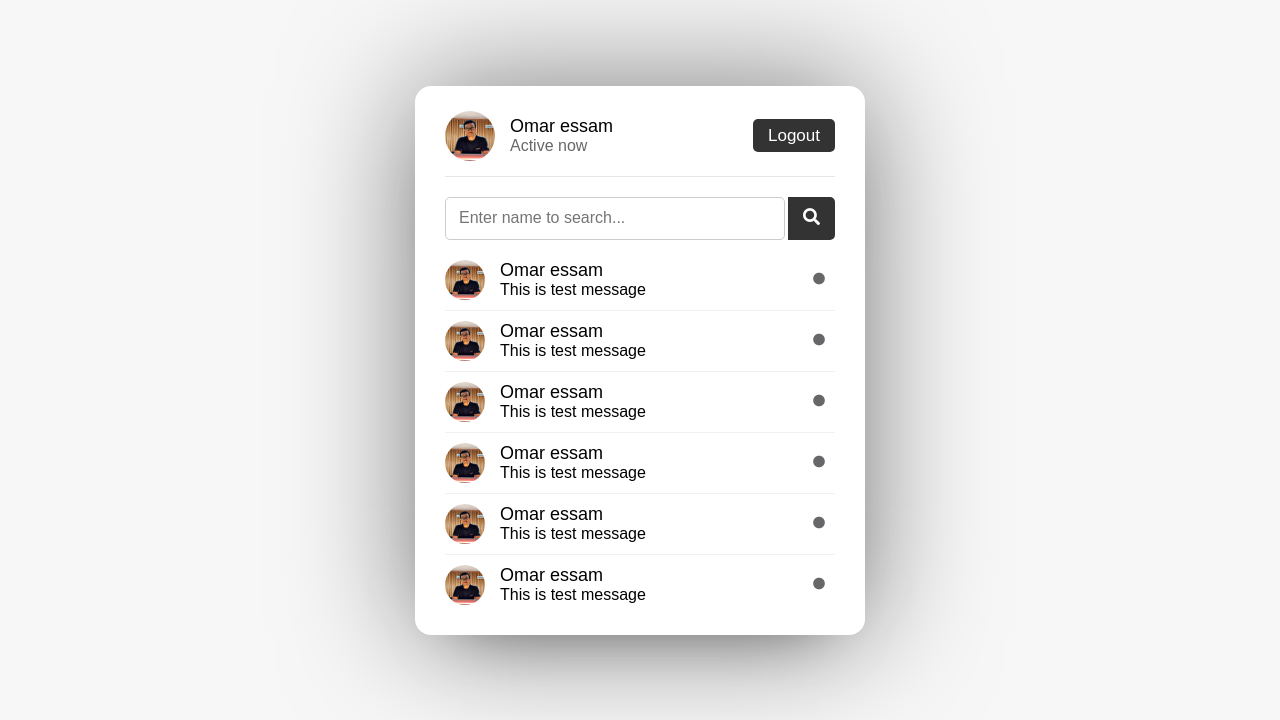
Repository: OmarEssameldinMousa/Chat-Application
Page: chat.html
The author's editor kept a copy of each file at every save. The page is drawn from the files as they stood at one save, then again after the next save.
The browser window is 1280 px wide. The pictures show the whole page.

Above is the page before, as saved 2023-09-22 16:06:54.

### chat.html
<!DOCTYPE html>
<html lang="en">

<head>
    <meta charset="UTF-8">
    <meta name="viewport" content="width=device-width, initial-scale=1.0">
    <title>Realtime Chat App</title>
    <link rel="stylesheet" href="css/normalize.css">
    <link rel="stylesheet" href="css/all.min.css">
    <link rel="stylesheet" href="css/style.css">
</head>

<body>
    <div class="wrapper">
        <section class="users">
            <header>
                <div class="content">
                    <img src="images/124374760.jpg" alt="">
                    <div class="details">
                        <span>Omar essam</span>
                        <p>Active now</p>
                    </div>
                </div>
                <a href="" class="Logout">Logout</a>
            </header>
            <div class="search">
                <span class="text">Select an user to start Chat</span>
                <input type="text" placeholder="Enter name to search...">
                <button><i class="fas fa-search"></i></button>
            </div>
            <div class="users-list">
                <a href="">
                    <div class="content">
                        <img src="images/124374760.jpg" alt="">
                        <div class="details">
                            <span>Omar essam</span>
                            <p>This is test message</p>
                        </div>
                    </div>
                    <div class="status-dot"><i class="fas fa-circle"></i></div>
                </a>

                <a href="">
                    <div class="content">
                        <img src="images/124374760.jpg" alt="">
                        <div class="details">
                            <span>Omar essam</span>
                            <p>This is test message</p>
                        </div>
                    </div>
                    <div class="status-dot"><i class="fas fa-circle"></i></div>
                </a>

                <a href="">
                    <div class="content">
                        <img src="images/124374760.jpg" alt="">
                        <div class="details">
                            <span>Omar essam</span>
                            <p>This is test message</p>
                        </div>
                    </div>
                    <div class="status-dot"><i class="fas fa-circle"></i></div>
                </a>

                <a href="">
                    <div class="content">
                        <img src="images/124374760.jpg" alt="">
                        <div class="details">
                            <span>Omar essam</span>
                            <p>This is test message</p>
                        </div>
                    </div>
                    <div class="status-dot"><i class="fas fa-circle"></i></div>
                </a>

                <a href="">
                    <div class="content">
                        <img src="images/124374760.jpg" alt="">
                        <div class="details">
                            <span>Omar essam</span>
                            <p>This is test message</p>
                        </div>
                    </div>
                    <div class="status-dot"><i class="fas fa-circle"></i></div>
                </a>

                <a href="">
                    <div class="content">
                        <img src="images/124374760.jpg" alt="">
                        <div class="details">
                            <span>Omar essam</span>
                            <p>This is test message</p>
                        </div>
                    </div>
                    <div class="status-dot"><i class="fas fa-circle"></i></div>
                </a>

                <a href="">
                    <div class="content">
                        <img src="images/124374760.jpg" alt="">
                        <div class="details">
                            <span>Omar essam</span>
                            <p>This is test message</p>
                        </div>
                    </div>
                    <div class="status-dot"><i class="fas fa-circle"></i></div>
                </a>

                <a href="">
                    <div class="content">
                        <img src="images/124374760.jpg" alt="">
                        <div class="details">
                            <span>Omar essam</span>
                            <p>This is test message</p>
                        </div>
                    </div>
                    <div class="status-dot"><i class="fas fa-circle"></i></div>
                </a>

            </div>
        </section>
    </div>
</body>

</html>

### css/style.css
* {
    margin: 0;
    padding: 0;
    box-sizing: border-box;
    text-decoration: none;
    font-family: 'Poppins', sans-serif;
}


body {
    display: flex;
    align-items: center;
    justify-content: center;
    min-height: 100vh;
    background: #f7f7f7;
}

.wrapper {
    background: #fff;
    width: 450px;
    border-radius: 16px;
    box-shadow: 0 0 128px 0 rgba(0, 0, 0, 0.5), 0 32px 64px -48px rgba(0, 0, 0, 0.5);
}

/* Signup Form*/
.form {
    padding: 25px 30px;
}

.form header {
    font-size: 25px;
    font-weight: 600;
    padding-bottom: 10px;
    border-bottom: 1px solid #e6e6e6;
}

.form form {
    margin: 20px 0;
}

.form form .error-txt {
    color: #721c24;
    background: #f8d7da;
    padding: 8px 10px;
    text-align: center;
    border-radius: 5px;
    margin-bottom: 10px;
    border: 1px solid #f5c6cb
}

.form form .name-details {
    display: flex;
}

form .name-details .field:first-child {
    margin-right: 10px;
}

form .name-details .field:last-child {
    margin-left: 10px;
}

.form form .field {
    display: flex;
    flex-direction: column;
    margin-bottom: 10px;
    position: relative;
}

.form form .field label {
    margin-bottom: 2px;
}


.form form .input input {
    outline: none;
}


.form form .input input {
    height: 40px;
    width: 100%;
    font-size: 16px;
    padding: 0 10px;
    border: 1px solid #ccc;
    border-radius: 5px;
}

.form form .image input {
    font-size: 17px;
}

.form form .button input {
    margin-top: 13px;
    height: 45px;
    border: none;
    font-size: 17px;
    font-weight: 500px;
    background: #333;
    color: #fff;
    border-radius: 5px;
    cursor: pointer;
}

.form form .field i {
    position: absolute;
    right: 15px;
    top: 70%;
    transform: translateY(-50%);
    cursor: pointer;
    color: #ccc;
}

.form .link {
    text-align: cetner;
    margin: 10px 0;
    font-size: 17px;
}

.form .link a {
    color: #333;
}

.form .link a:hover {
    text-decoration: underline;
}

.users {
    padding: 25px 30px;
}

.users header,
.users-list a {
    display: flex;
    align-items: center;
    justify-content: center;
    justify-content: space-between;
    border-bottom: 1px solid #e6e6e6;
    padding-bottom: 15px;

}

.wrapper img {
    object-fit: cover;
    border-radius: 50%;
}

:is(.users, .users-list) .content {
    display: flex;
    align-items: center;
}

.users header .content img {
    height: 50px;
    width: 50px;
}


:is(.users, .users-list) .details {
    color: #000;
    margin-left: 15px;
}

:is(.users, .users-list) .details span {
    font-size: 18px;
    font-weight: 500px;
}

.users header .Logout {
    color: #fff;
    padding: 7px 15px;
    background: #333;
    border-radius: 5px;
    font-size: 17px;
}

.users .search {
    margin: 20px 0;
    display: flex;
    justify-content: space-between;
    align-items: center;
    position: relative;
}

.users .search .text {
    font-size: 18px;
}

.users .search input {
    position: absolute;
    height: 43px;
    width: calc(100% - 50px);
    border: 1px solid #ccc;
    padding: 0 13px;
    font-size: 16px;
    border-radius: 5px;
    outline: none;
}

.users .search button {
    width: 47px;
    height: 43px;
    border: none;
    outline: none;
    color: #fff;
    background-color: #333;
    border-radius: 0 5px 5px 0;
    cursor: pointer;
    font-size: 17px;
}

.users-list {
    max-height: 350px;
    overflow-y: auto;
}

.users-list::-webkit-scrollbar {
    width: 0px;
}


.users-list a {
    padding-right: 10px;
    padding-bottom: 10px;
    margin-bottom: 10px;
    border-bottom-color: #f1f1f1;
}

.users-list a:last-child {
    border: none;
    margin-bottom: 0px;
}

.users-list a .content img {
    height: 40px;
    width: 40px;
}


.users header .content p {
    color: #67676a;
}

.users-list a .status-dot {
    font-size: 12px;
    color: #67676a;
}

/* to use the online status */
.users-list a .status-dot.offline {
    font-size: 12px;
    color: #468669;
}

Loaded but not shown: css/normalize.css (library); css/all.min.css (library)

After the next save:
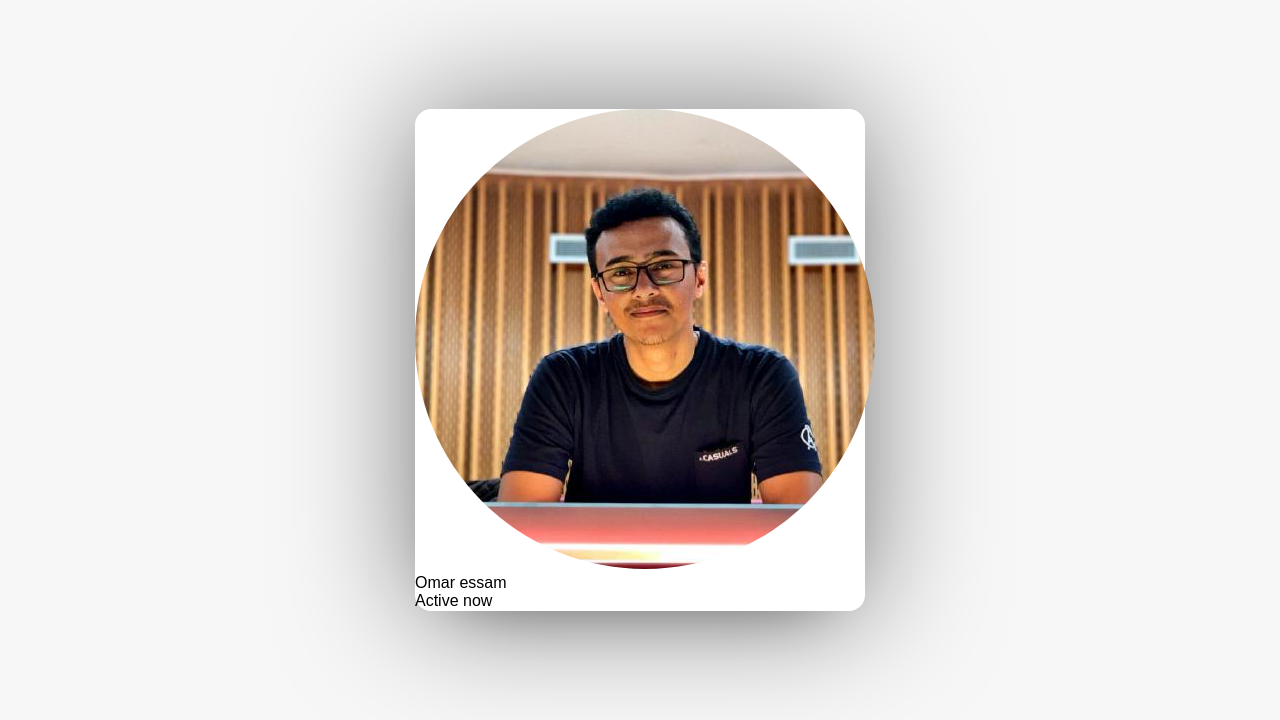
Saved 2 h 59 min later.
--- a/chat.html
+++ b/chat.html
@@ -12,112 +12,15 @@
 
 <body>
     <div class="wrapper">
-        <section class="users">
+        <section class="chat-area   ">
             <header>
-                <div class="content">
-                    <img src="images/124374760.jpg" alt="">
-                    <div class="details">
-                        <span>Omar essam</span>
-                        <p>Active now</p>
-                    </div>
+                <img src="images/124374760.jpg" alt="">
+                <div class="details">
+                    <span>Omar essam</span>
+                    <p>Active now</p>
                 </div>
-                <a href="" class="Logout">Logout</a>
             </header>
-            <div class="search">
-                <span class="text">Select an user to start Chat</span>
-                <input type="text" placeholder="Enter name to search...">
-                <button><i class="fas fa-search"></i></button>
-            </div>
-            <div class="users-list">
-                <a href="">
-                    <div class="content">
-                        <img src="images/124374760.jpg" alt="">
-                        <div class="details">
-                            <span>Omar essam</span>
-                            <p>This is test message</p>
-                        </div>
-                    </div>
-                    <div class="status-dot"><i class="fas fa-circle"></i></div>
-                </a>
 
-                <a href="">
-                    <div class="content">
-                        <img src="images/124374760.jpg" alt="">
-                        <div class="details">
-                            <span>Omar essam</span>
-                            <p>This is test message</p>
-                        </div>
-                    </div>
-                    <div class="status-dot"><i class="fas fa-circle"></i></div>
-                </a>
-
-                <a href="">
-                    <div class="content">
-                        <img src="images/124374760.jpg" alt="">
-                        <div class="details">
-                            <span>Omar essam</span>
-                            <p>This is test message</p>
-                        </div>
-                    </div>
-                    <div class="status-dot"><i class="fas fa-circle"></i></div>
-                </a>
-
-                <a href="">
-                    <div class="content">
-                        <img src="images/124374760.jpg" alt="">
-                        <div class="details">
-                            <span>Omar essam</span>
-                            <p>This is test message</p>
-                        </div>
-                    </div>
-                    <div class="status-dot"><i class="fas fa-circle"></i></div>
-                </a>
-
-                <a href="">
-                    <div class="content">
-                        <img src="images/124374760.jpg" alt="">
-                        <div class="details">
-                            <span>Omar essam</span>
-                            <p>This is test message</p>
-                        </div>
-                    </div>
-                    <div class="status-dot"><i class="fas fa-circle"></i></div>
-                </a>
-
-                <a href="">
-                    <div class="content">
-                        <img src="images/124374760.jpg" alt="">
-                        <div class="details">
-                            <span>Omar essam</span>
-                            <p>This is test message</p>
-                        </div>
-                    </div>
-                    <div class="status-dot"><i class="fas fa-circle"></i></div>
-                </a>
-
-                <a href="">
-                    <div class="content">
-                        <img src="images/124374760.jpg" alt="">
-                        <div class="details">
-                            <span>Omar essam</span>
-                            <p>This is test message</p>
-                        </div>
-                    </div>
-                    <div class="status-dot"><i class="fas fa-circle"></i></div>
-                </a>
-
-                <a href="">
-                    <div class="content">
-                        <img src="images/124374760.jpg" alt="">
-                        <div class="details">
-                            <span>Omar essam</span>
-                            <p>This is test message</p>
-                        </div>
-                    </div>
-                    <div class="status-dot"><i class="fas fa-circle"></i></div>
-                </a>
-
-            </div>
         </section>
     </div>
 </body>
